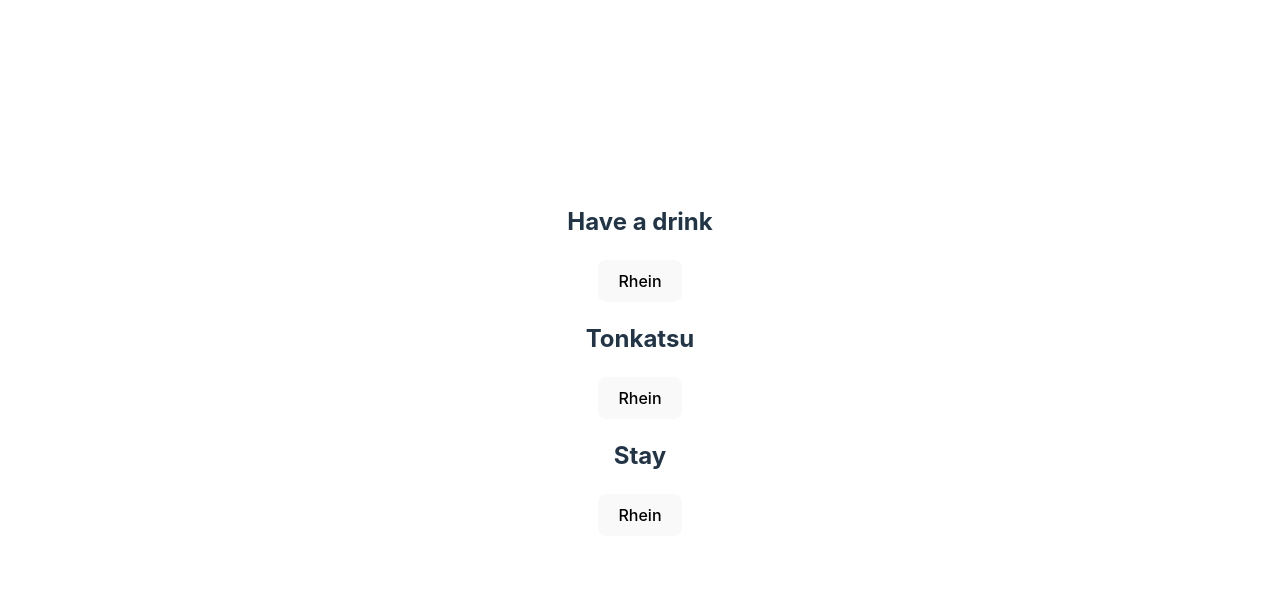
Repository: HyunraDate/NodaEmi
Page: /
The author's editor kept a copy of each file at every save. The page is drawn from the files as they stood at one save, then again after the next save.
The browser window is 1280 px wide. The pictures show the whole page.
The project was rebuilt for these pictures with package versions that can differ from the ones it lists, and the page was loaded fresh each time. Also part of the build but not shown: vite.config.js, src/components/HelloWorld.vue.

Above is the page before, as saved 2023-08-22 13:41:30.

After the next save:
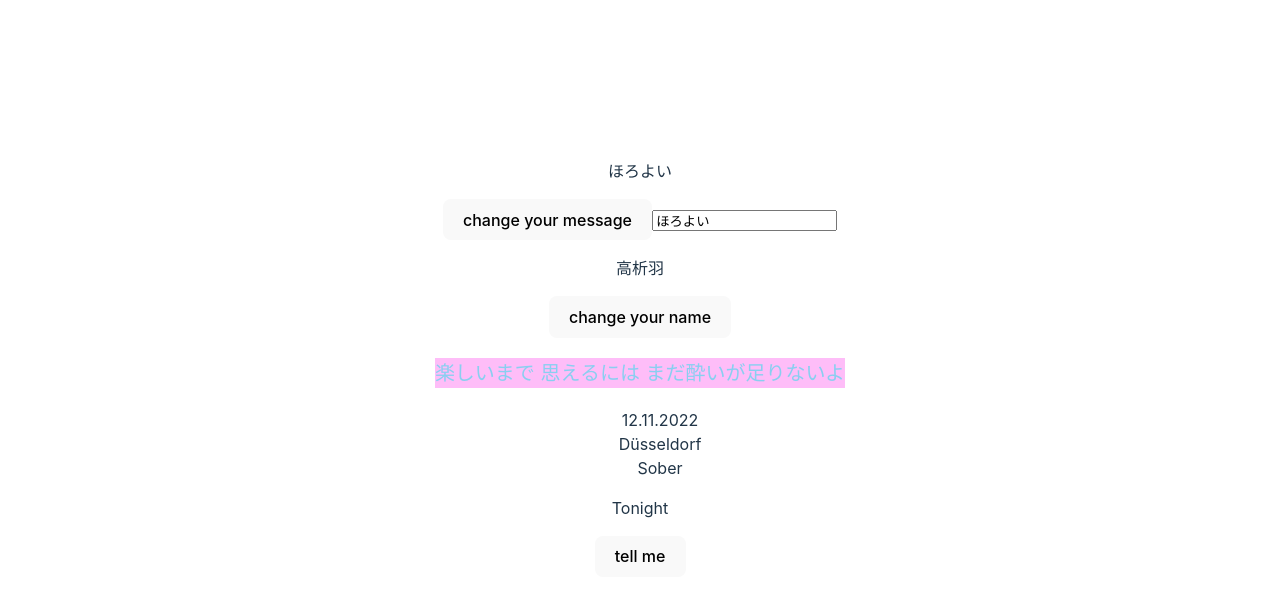
Saved 31 s later.
--- a/src/main.js
+++ b/src/main.js
@@ -1,5 +1,5 @@
 import { createApp } from 'vue'
 import './style.css'
-import App from './Sat night.vue'
+import App from './watch and dance.vue'
 
 createApp(App).mount('#app')
